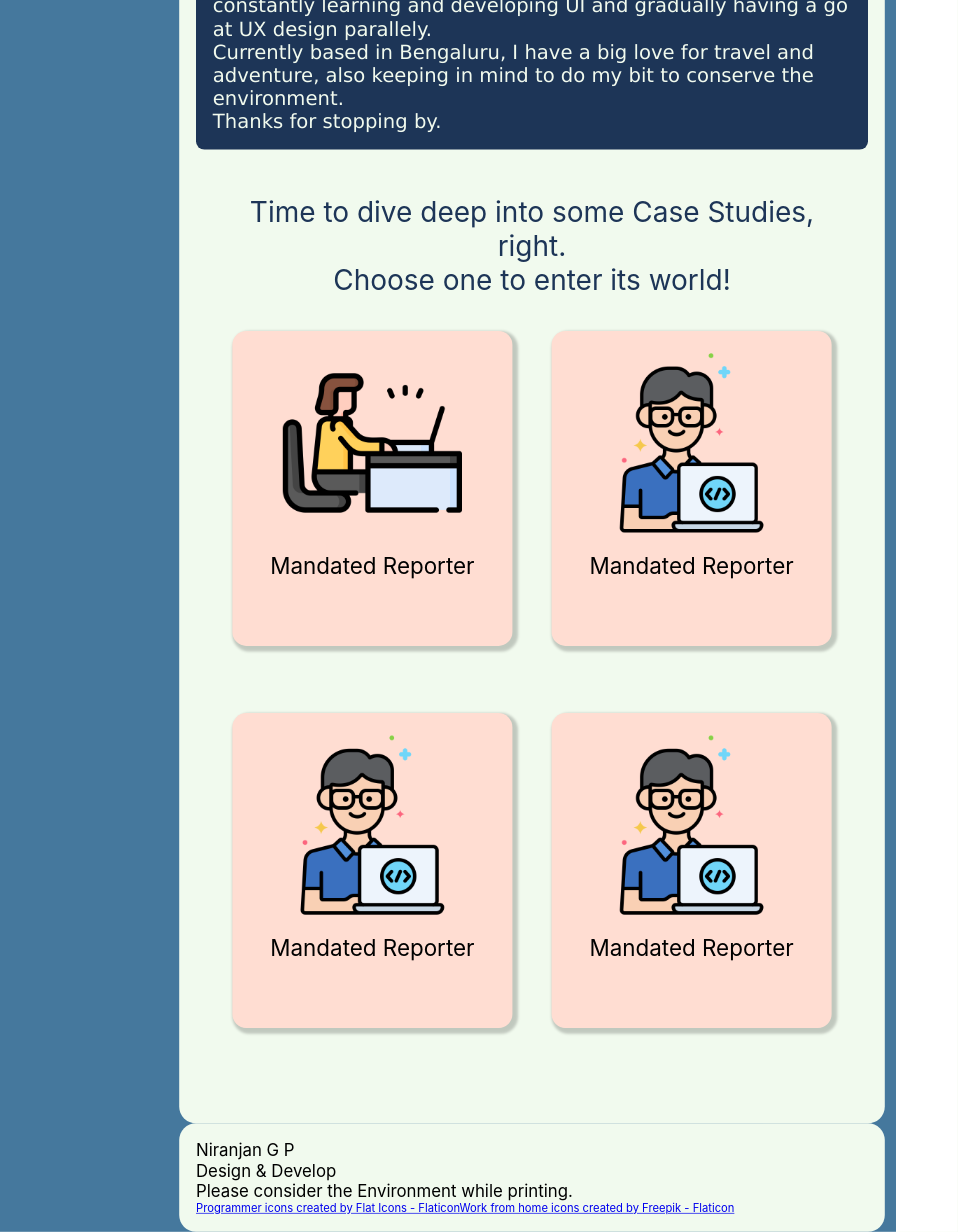
Repository: niranjangp/portfolioReact
Page: /
These files come from the project's save history. The page is drawn as it stood at one moment and after the next save; the edit follows.
The browser window is 1280 px wide. The page is 1368 px wide, so the pictures cover 1368 px, including what lies to the right of the window. The pictures show the part of the page from y = 874 to 2634 px (the page is 2634 px tall), at 70% of full size.
The project was rebuilt for these pictures with package versions that can differ from the ones it lists, and the page was loaded fresh each time. Also part of the build but not shown: src/pages/csOne.jsx, src/pages/notFound.jsx.

Above is the page before, as saved 2022-02-01 00:08:58.

After the next save:
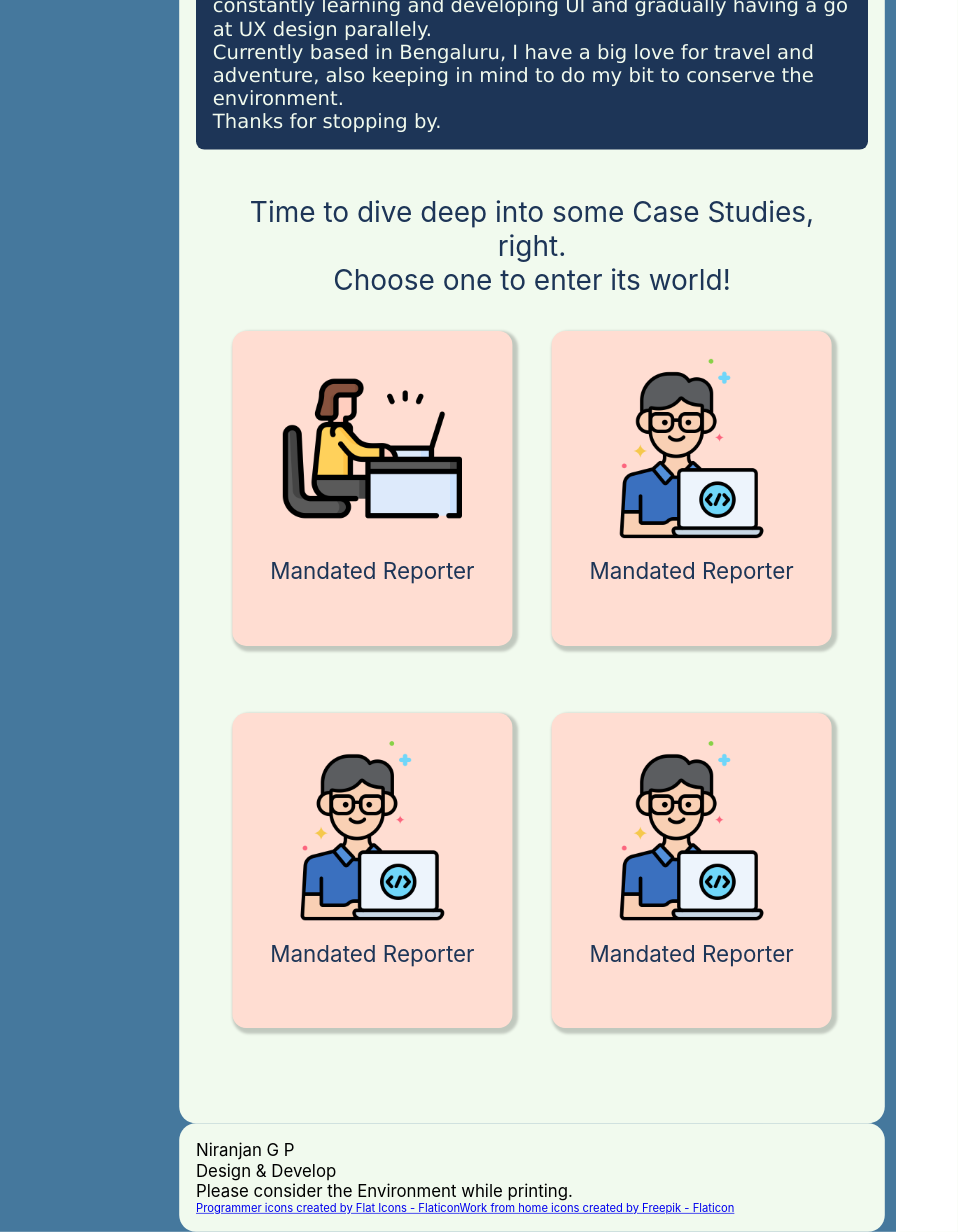
Saved 108 s later.
--- a/src/App.css
+++ b/src/App.css
@@ -94,11 +94,12 @@
 .card p {
   font-size: 32px;
   padding: 24px;
+  color: #1d3557;
 }
 
 .card-icon {
   width: 256px;
-  margin-top: 32px;
+  margin-top: 40px;
 }
 
 .intro-cs {
